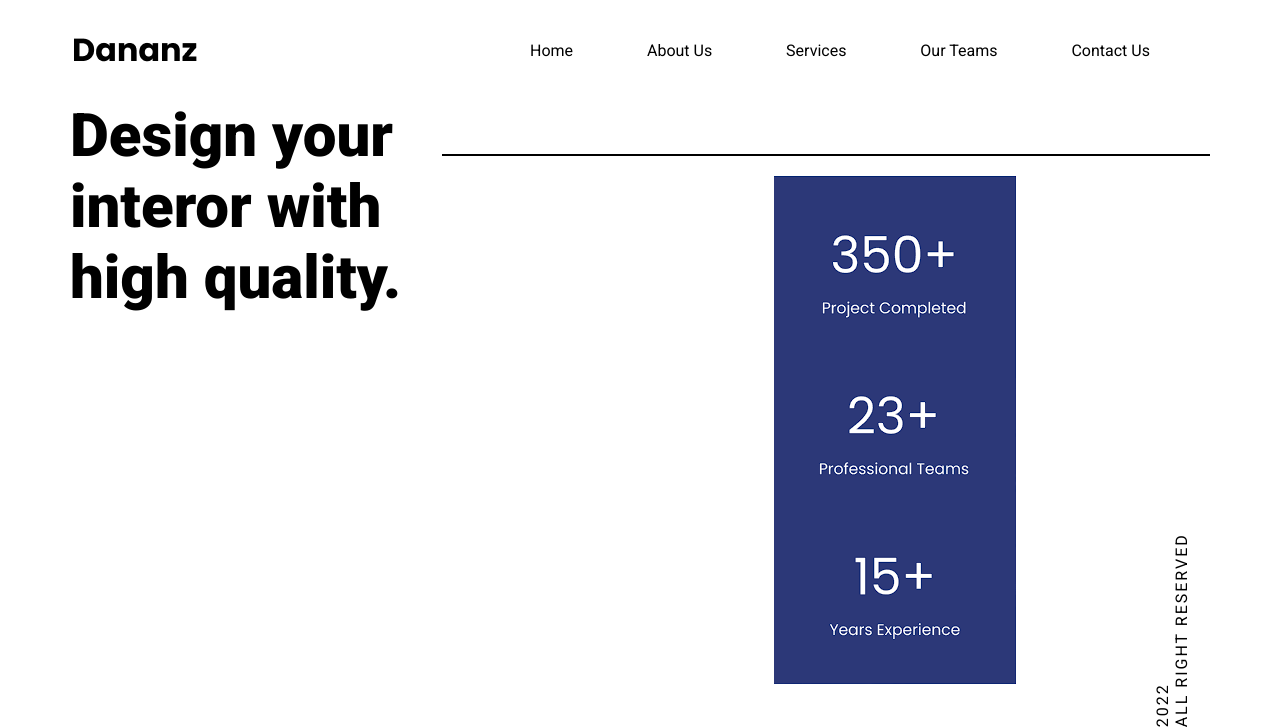
Repository: AsadKasimov/disain
Page: index.html
An editor plug-in stored every save of this project. The page is shown before and after the next save, followed by the edit.
The browser window is 1280 px wide. The pictures show the whole page.

Above is the page before, as saved 2023-04-20 12:51:28.

### index.html
<!DOCTYPE html>
<html lang="en">
<head>
    <meta charset="UTF-8">
    <meta http-equiv="X-UA-Compatible" content="IE=edge">
    <meta name="viewport" content="width=device-width, initial-scale=1.0">
    <title>F</title>
    <link rel="stylesheet" href="./style.css">
</head>
<body>

    <div class="wrapper">
        <header class="header">
            <!-- Шапка -->
            <div class="logo">
                <img src="./img/Dananz.png" alt="">
            </div>

            <!-- Меню сайта -->
            <nav class="nav">
                <ul>
                    <li>Home</li>
                    <li>About Us</li>
                    <li>Services</li>
                    <li>Our Teams</li>
                    <li>Contact Us</li>

                </ul>
            </nav>

            <!-- Иконка бургерменю -->
            <div class="burger">
                <span></span>
            </div>
        </header>
        <div class="menu">
            <div class="text-menu">
                <h1>Design your interor with high quality.</h1>
            </div>
            <div class="text-line">
                <hr class="text-line-l">
                <div class="h-pic">
                    <img src="./img/rec.png" alt="">
                    <div class="img-t">
                        <p>2022<br>ALL RIGHT RESERVED</p>
                    </div>
                </div>

            </div>


        </div>
        <div class="h-pic2">
            <img src="./img/rec.png" alt="">
        </div>
    </div>



    <script>
        document.querySelector('.burger').addEventListener('click', function() {
            this.classList.toggle('active');
            document.querySelector('.nav').classList.toggle('open');
        })
    </script>
</body>
</html>

### style.css
@import url('https://fonts.googleapis.com/css2?family=Roboto:ital,wght@0,100;0,300;0,400;0,500;0,900;1,100;1,300;1,400;1,500;1,700;1,900&display=swap');

html, body {
  height: 100%;
  width: 100%;

}

body {
  display: flex;
  flex-direction: column;
  font-family: 'Roboto', sans-serif;
  background-color: #fff;
  /* overflow: hidden; */

}

*{
  padding: 0;
  margin: 0;
  box-sizing: border-box;
}

.wrapper{
  flex-grow: 1;
}

.open{
  display: flex !important;
}

.header{
  display: flex;
  align-items: center;
  justify-content: space-between;
  min-height: 100px;
  background-color: #fff;
  color: #000;
  padding: 0 90px;
}

.logo{
  display: flex;
  justify-content: center;
  flex-direction: column;
  align-items: center;

  width: 90px;
  height: 90px;
}

.nav{
  display: flex;
  width: 700px;
  padding: 0 40px;
}

.nav ul{
  width: 100%;
  list-style: none;
  display: flex;
  justify-content: space-between;
}

.burger{
  display: none;
  position: relative;
  z-index: 50;
  align-items: center;
  justify-content: flex-end;
  width: 30px;
  height: 18px;
}

.burger span{
  height: 2px;
  width: 80%;
  transform: scale(1);
  background-color: #000;
}

.burger::before, .burger::after{
  content: '';
  position: absolute;
  height: 2px;
  width: 100%;
  background-color: #000;
  transition: all 0.3s ease 0s;
}

.burger::before { top: 0 }

.burger::after { bottom: 0 }


.burger.active span { transform: scale(0) }

.burger.active::before{
  top: 50%;
  transform: rotate(-45deg) translate(0, -50%);
}

.burger.active::after{
  bottom: 50%;
  transform: rotate(45deg) translate(0, 50%);
}

h1 {
  display: block;
  font-size: 2em;
  margin-block-start: 0;
  margin-block-end: 0;
  margin-inline-start: 0px;
  margin-inline-end: 0px;
  font-weight: bold;
}

.menu{
  display: flex;
  justify-content: flex-start;
  padding: 0 70px;
  align-items:baseline;

}

.text-menu{
  font-weight: 700;
  font-size: 30px;
  width: 500px;
}

hr.text-line-l{
  border: 1px solid black;
  width: 60vw;

}

.text-line{
  display: flex;
  flex-direction: column;
  gap: 20px;
}

.h-pic2{
  display: none;
}

.h-pic{
  display: flex;
  justify-content: flex-end;
  align-items: baseline;

}

.img-t p{
  padding-top: 60%;
  text-transform: uppercase;
  letter-spacing: 2px;
  transform: rotate(-90deg);
  display: flex;
  justify-content: flex-start;
  align-items: center;
}

@media (max-width: 700px) {

  .h-pic{
    display: none;
  }


  .h-pic2{
    display: block;
  }


  hr.text-line-l {
    border: 1px solid black;
    height: 100%;
    width: 0px;
  }



  .menu{
    display: flex;
    justify-content: flex-start;
    padding: 0 20px;
    align-items:normal;
    gap: 23%;
  }

  .text-menu{
    width: 70%;
    font-size: 22px;

  }

  .header{
    display: flex;
    align-items: center;
    justify-content: space-between;
    min-height: 100px;
    background-color: #fff;
    color: #000;
    padding: 0 40px;
  }

  .nav{
    display: flex;
    width: 700px;
    padding: 0 40px;
  }

  .burger { display: flex }

  .nav{
      display: none;
      flex-direction: column;
      position: fixed;
      height: 100%;
      width: 100%;
      top: 0; bottom: 0; left: 0; right: 0;
      z-index: 50;
      overflow-y: auto;
      padding: 50px 40px;
      background-color: ghostwhite;

  }

  .nav ul{
      flex-direction: column;
      row-gap: 30px;
  }
}

After the next save:
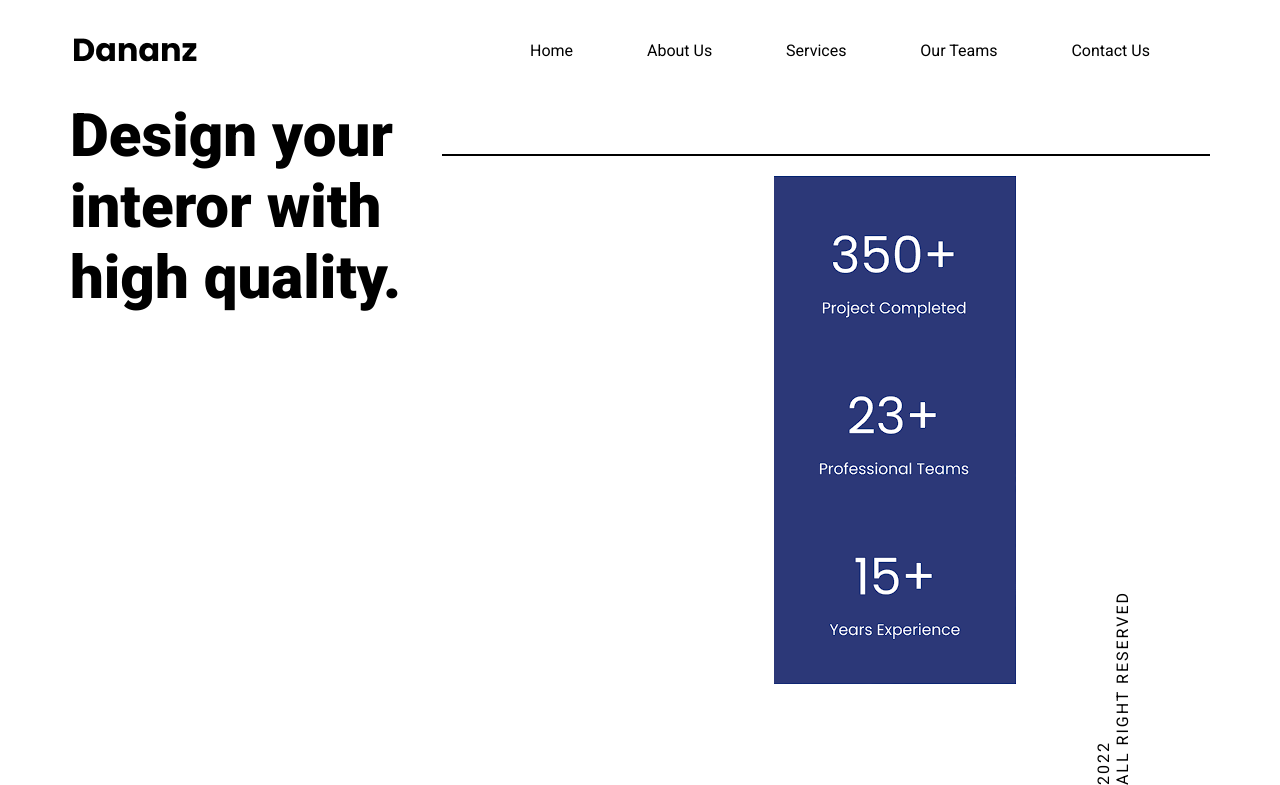
Saved 8 s later.
--- a/style.css
+++ b/style.css
@@ -153,7 +153,7 @@ hr.text-line-l{
 }
 
 .img-t p{
-  padding-top: 60%;
+
   text-transform: uppercase;
   letter-spacing: 2px;
   transform: rotate(-90deg);
